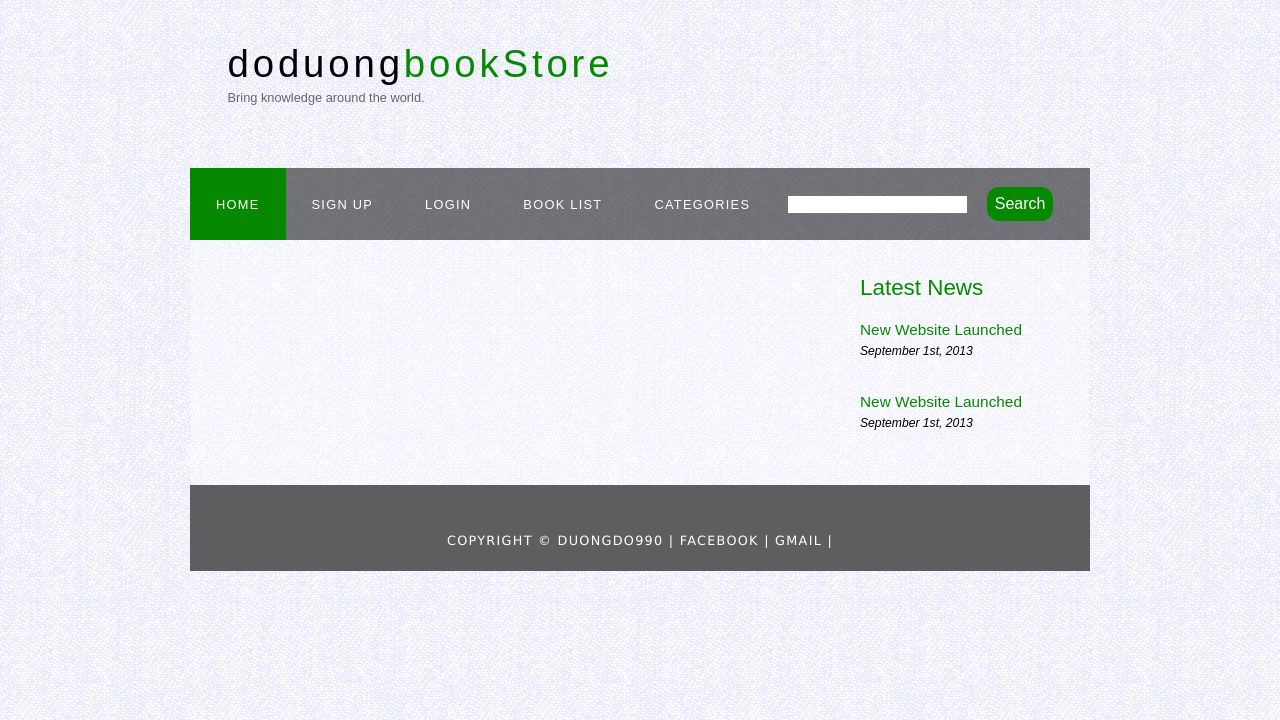
Repository: ngttuyen/JavaWeb
Page: http://localhost/MyWebsite/
The author's editor kept a copy of each file at every save. The page is drawn from the files as they stood at one save, then again after the next save.
The browser window is 1280 px wide. The pictures show the whole page.
The page is served by Tomcat 9. Other server files are loaded and not shown.

Above is the page before, as saved 2019-06-01 13:08:46.

### MyWebsite/WebContent/index.jsp
<%@page contentType="text/html" pageEncoding="utf-8"%>
<%@ include file="includes/head.jsp"%>
<body>
	<div id="main">
		<div id="header">
			<div id="logo">
				<div id="logo_text">
					<!-- class="logo_colour", allows you to change the colour of the text -->
					<h1>
						<a href="index.jsp">doduong<span class="logo_colour">bookStore</span></a>
					</h1>
					<h2>Bring knowledge around the world.</h2>
				</div>
			</div>
			<div id="menubar">
				<ul id="menu">
					<!-- put class="selected" in the li tag for the selected page - to highlight which page you're on -->
					<li class="selected"><a href="#">Home</a></li>
					<li><a href="signup.jsp">Sign Up</a></li>
					<li><a href="login.jsp">Login</a></li>
					<li><a href="book.jsp">Book List</a></li>
					<li><a href="categories.jsp">Categories</a></li>
				</ul>
				<form method="get" action="" id="searchForm">
					<input type="text" name="search" id="search-input">
					<button class="button">Search</button>
				</form>
			</div>
		</div>
		<div id="site_content">
			<%@ include file="/includes/sidebar.jsp"%>
			<div id="content">
				<!-- -------------------------your code here---------------------- --->









				<!-- -------------------------your code here---------------------- --->
			</div>
		</div>
		<div id="footer">
			<!---footer here --->
			<%@ include file="/includes/footer.jsp"%>
		</div>
	</div>
</body>
</html>

### MyWebsite/WebContent/includes/head.jsp
<%@page contentType="text/html" pageEncoding="utf-8" %>
<!doctype html>
<html>

<head>
  <title>doduong's BookStore</title>
  <meta name="description" content="website description" />
  <meta name="keywords" content="website keywords, website keywords" />
  <meta http-equiv="content-type" content="text/html; charset=windows-1252" />
  <link rel="stylesheet"href="styles/style.css" title="style">
</head>

### MyWebsite/WebContent/includes/sidebar.jsp
<%@page contentType="text/html" pageEncoding="utf-8"%>
<div class="sidebar">
	<!-- insert your sidebar items here -->
	<h3>Latest News</h3>
	<h4>New Website Launched</h4>
	<h5>September 1st, 2013</h5>
	<p></p>
	<h4>New Website Launched</h4>
	<h5>September 1st, 2013</h5>
</div>

### MyWebsite/WebContent/includes/footer.jsp
<%@page contentType="text/html" pageEncoding="utf-8"%>
<div id="footer">
	Copyright &copy; duongdo990 | <a
		href="#">Facebook</a> | <a
		href="#">Gmail</a> |
</div>
</div>

### MyWebsite/WebContent/styles/style.css
html
{ height: 100%;}

*
{ margin: 0;
  padding: 0;}

body
{ font: normal .80em 'trebuchet ms', arial, sans-serif;
  background: #F0EFE2 url(../images/background.png) repeat;
  color: #777;}

p
{ padding: 0 0 20px 0;
  line-height: 1.7em;}

img
{ border: 0;}

h1, h2, h3, h4, h5, h6
{ font: normal 175% 'century gothic', arial, sans-serif;
  color: #068900;
  margin: 0 0 15px 0;
  padding: 15px 0 5px 0;}

h2
{ font: normal 175% 'century gothic', arial, sans-serif;
  color: #068900;}

h4, h5, h6
{ margin: 0;
  padding: 0 0 5px 0;
  font: normal 120% arial, sans-serif;
  color: #068900;}

h5, h6
{ font: italic 95% arial, sans-serif;
  padding: 0 0 15px 0;
  color: #000;}

h6
{ color: #362C20;}

a, a:hover
{ outline: none;
  text-decoration: underline;
  color: #FD5BFF;}

a:hover
{ text-decoration: none;}

.left
{ float: left;
  width: auto;
  margin-right: 10px;}

.right
{ float: right;
  width: auto;
  margin-left: 10px;}

.center
{ display: block;
  text-align: center;
  margin: 20px auto;}

blockquote
{ margin: 20px 0;
  padding: 10px 20px 0 20px;
  border: 1px solid #E5E5DB;
  background: #FFF;}

ul
{ margin: 2px 0 22px 17px;}

ul li
{ list-style-type: circle;
  margin: 0 0 6px 0;
  padding: 0 0 4px 5px;}

ol
{ margin: 8px 0 22px 20px;}

ol li
{ margin: 0 0 11px 0;}

#main, #logo, #menubar, #site_content, #footer
{ margin-left: auto;
  margin-right: auto;}

#header
{ height: 240px;}

#logo
{ width: 825px;
  position: relative;
  height: 168px;}

#logo #logo_text
{ position: absolute;
  top: 20px;
  left: 0;}

#logo h1, #logo h2
{ font: normal 300% 'century gothic', arial, sans-serif;
  border-bottom: 0;
  text-transform: none;
  margin: 0;}

#logo_text h1, #logo_text h1 a, #logo_text h1 a:hover
{ padding: 22px 0 0 0;
  color: #000;
  letter-spacing: 0.1em;
  text-decoration: none;}

#logo_text h1 a .logo_colour
{ color: #068900;}

#logo_text h2
{ font-size: 100%;
  padding: 4px 0 0 0;
  color: #676767;}

#menubar
{ width: 900px;
  height: 72px;
  padding: 0;
  background: transparent url(../images/transparent.png) repeat;}

ul#menu, ul#menu li
{ float: left;
  margin: 0;
  padding: 0;}

ul#menu li
{ list-style: none;}

ul#menu li a
{ letter-spacing: 0.1em;
  font: normal 100% arial, sans-serif;
  display: block;
  float: left;
  height: 37px;
  padding: 29px 26px 6px 26px;
  text-align: center;
  color: #FFF;
  text-transform: uppercase;
  text-decoration: none;
  background: transparent;}

ul#menu li a:hover, ul#menu li.selected a, ul#menu li.selected a:hover
{ color: #FFF;
  background: #068900;}

#site_content
{ width: 837px;
  overflow: hidden;
  margin: 0 auto 0 auto;
  padding: 20px 24px 20px 37px;
  background: transparent url(../images/transparent_light.png) repeat;}

.sidebar
{ float: right;
  width: 190px;
  padding: 0 15px 20px 15px;}

.sidebar ul
{ width: 178px;
  padding: 4px 0 0 0;
  margin: 4px 0 30px 0;}

.sidebar li
{ list-style: none;
  padding: 0 0 7px 0; }

.sidebar li a, .sidebar li a:hover
{ padding: 0 0 0 40px;
  display: block;
  background: transparent url(../images/link.png) no-repeat left center;}

.sidebar li a.selected
{ color: #444;
  text-decoration: none;}

#content
{ text-align: left;
  width: 595px;
  padding: 0;}

#content ul
{ margin: 2px 0 22px 0px;}

#content ul li
{ list-style-type: none;
  background: url(../images/bullet.png) no-repeat;
  margin: 0 0 6px 0;
  padding: 0 0 4px 25px;
  line-height: 1.5em;}

#footer
{ width: 900px;
  font: normal 100% 'lucida sans unicode', arial, sans-serif;
  height: 33px;
  padding: 24px 0 5px 0;
  text-align: center;
  background-color: #5d5e60;
  color: #FFF;
  text-transform: uppercase;
  letter-spacing: 0.1em;}

#footer a
{ color: #FFF;
  text-decoration: none;}

#footer a:hover
{ color: #FFF;
  text-decoration: underline;}

.search
{ color: #5D5D5D;
  border: 1px solid #BBB;
  width: 134px;
  padding: 4px;
  font: 100% arial, sans-serif;}

#colours
{ height: 0px;
  text-align: right;
  padding: 66px 16px 0px 300px;}
  /*-------------------------------------*/
.button {
  background-color: #068900; /* Green */
  border: none;
  color: white;
  padding: 1% 1%;
  text-align: center;
  text-decoration: none;
  display: inline-block;
  font-size: 16px;
  border-radius: 12px;
  margin-left: 2%;
}
#searchForm{
  height: 37px;
  padding: 19px 26px 6px 10%;
  text-align: center;
  color: #FFF;
  text-transform: uppercase;
  text-decoration: none;
  background: transparent;
}
.styled-input {
	height: 80%;
	border-radius: 5%;
	font-size: 15px;
	border: 1% solid #068900;
	font-weigh: bold;
}
table{
	width: 65%;
	height: 100%;
	font-size: 17px;
	color: black;
}
td{
	padding: 3% 3% 3% 3%;
}

After the next save:
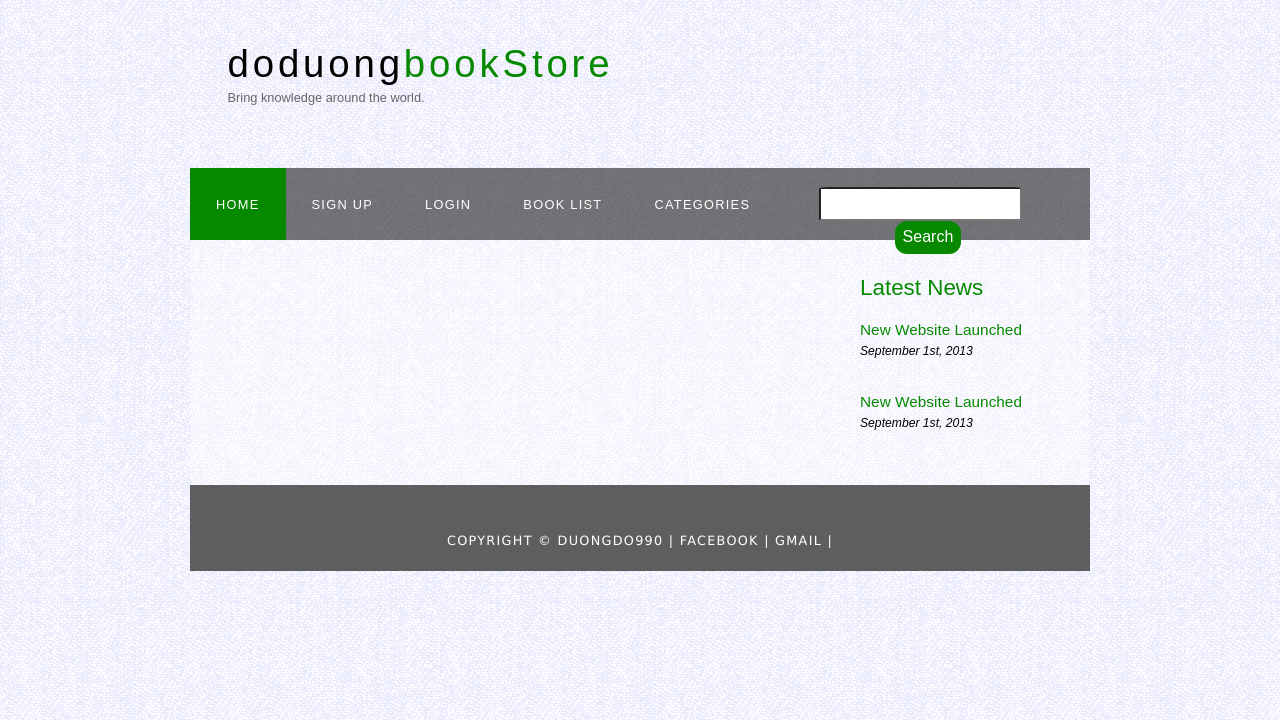
Saved 7 s later.
--- a/MyWebsite/WebContent/index.jsp
+++ b/MyWebsite/WebContent/index.jsp
@@ -22,7 +22,7 @@
 					<li><a href="categories.jsp">Categories</a></li>
 				</ul>
 				<form method="get" action="" id="searchForm">
-					<input type="text" name="search" id="search-input">
+					<input type="text" name="search" id="search-input" class="styled-input">
 					<button class="button">Search</button>
 				</form>
 			</div>
